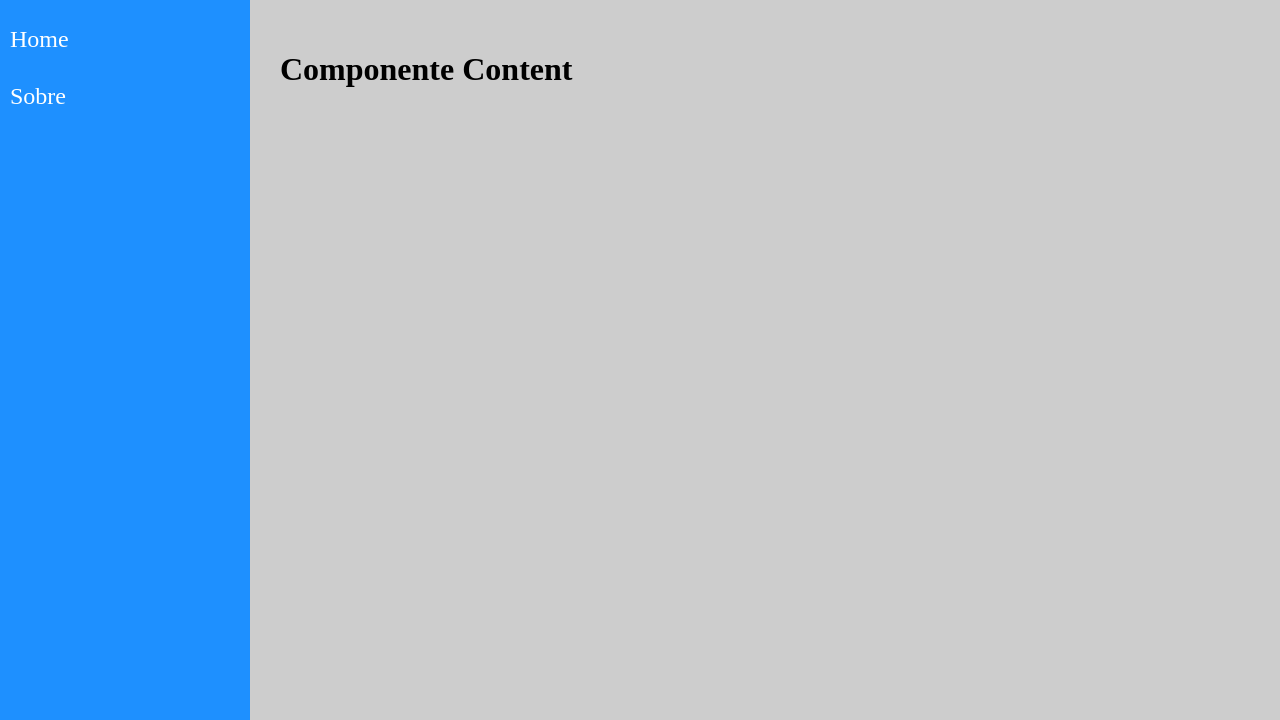
Repository: jean-siqueira/react-navegacao
Page: /
An editor plug-in stored every save of this project. The page is shown before and after a run of saves, followed by the edit.
The browser window is 1280 px wide. The pictures show the whole page.
The project was rebuilt for these pictures with package versions that can differ from the ones it lists, and the page was loaded fresh each time. Imported but missing from the stored project, and not drawn on this page: src/views/examples/NotFound, src/views/examples/Param.

Above is the page before, as saved 2023-03-27 08:27:32.

### src/index.js
import './index.css';
import React from "react";
import  ReactDOM  from "react-dom";
import App from "./views/App";

ReactDOM.render(
    <App/>,
    document.getElementById('root')

)

### src/views/App.jsx
import Content from "../components/layout/Content";
import Menu from "../components/layout/Menu";
import "./App.css";
import React from "react";
import { BrowserRouter } from "react-router-dom";

const App = (props) => (
  <div className="App">
    <BrowserRouter>
      <Menu />
      <Content />
    </BrowserRouter>
  </div>
);

export default App;

### src/components/layout/Content.jsx
import './Content.css'
import React from "react";

const Content = props => (
    <main className="Content">
        <h1>Componente Content</h1>
    </main>
)

export default Content

### src/components/layout/Menu.jsx
import './Menu.css'
import React from "react";

const Menu = props => (
    <aside className="Menu">
        <nav>
            <ul>
                <li>
                    <a href="/">Home</a>
                </li>
                <li>
                    <a href="/">Sobre</a>
                </li>
            </ul>
        </nav>
    </aside>
)

export default Menu

### src/components/layout/Content.css
.Content {
    display: flex;
    flex-grow: 1;
    background-color: #cdcdcd;
    padding: 30px;
}

### src/components/layout/Menu.css
.Menu {
    display: flex;
    flex-basis: 250px;
    background-color: dodgerblue;
}

.Menu nav {
    flex-grow: 1;
}

.Menu ul {
    list-style: none;
    padding: 0;
}

.Menu li {
    display: flex;
}

.Menu li a {
    flex: 1;
    padding: 10px;
    margin-bottom: 10px;

    text-decoration: none;
    color: #fff;
    font-size: 1.5rem;
}

.Menu li a:hover{
    background-color: #00000020;
}

### src/views/examples/Home.jsx
import React from "react";

const Home = props => (
    <div className="Home">
        <h1>Componente Home</h1>
        <p>Bem vindo!</p>
    </div>
)

export default Home

Loaded but not shown: public/index.html (common file); src/index.css (common file); src/views/App.css (common file); src/views/examples/About.jsx (no stored copy; drawn as an empty file)

After the next 2 saves:
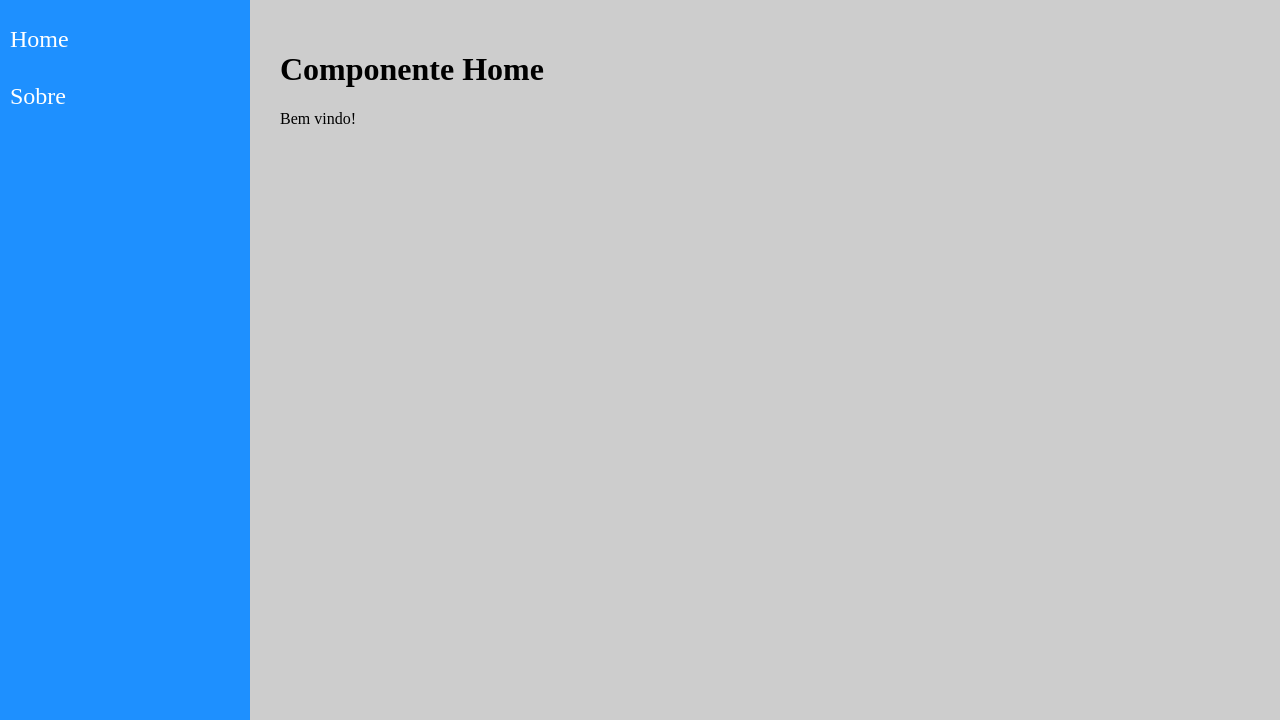
The 2 saves are shown as one change because 1 did not build or start.
The last was saved 29 min 32 s later.
--- a/src/components/layout/Content.jsx
+++ b/src/components/layout/Content.jsx
@@ -1,10 +1,20 @@
-import './Content.css'
+import "./Content.css";
 import React from "react";
+import { Routes, Route } from "react-router-dom";
+import Home from "../../views/examples/Home";
+import Param from "../../views/examples/Param";
+import About from "../../views/examples/About";
+import NotFound from "../../views/examples/NotFound";
 
-const Content = props => (
-    <main className="Content">
-        <h1>Componente Content</h1>
-    </main>
-)
+const Content = (props) => (
+  <main className="Content">
+    <Routes>
+      <Route path="/about" element={<About />} />
+      <Route path="/param/:id" element={<Param />} />
+      <Route path="/" exact element={<Home />} />
+      <Route path="*" element={<NotFound />} />
+    </Routes>
+  </main>
+);
 
-export default Content
+export default Content;
